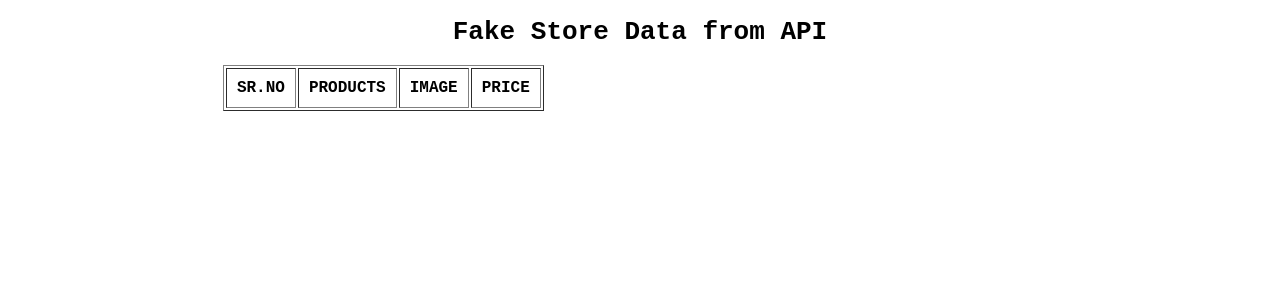
Repository: nisarg-patel612/Node_Integration_With_Frontend
Page: / (app in Frontend/FakeStore-API/)
The author's editor kept a copy of each file at every save. The page is drawn from the files as they stood at one save, then again after the next save.
The browser window is 1280 px wide. The pictures show the whole page.
The page's requests for data from a server got no answer. The project was rebuilt for these pictures with package versions that can differ from the ones it lists, and the page was loaded fresh each time. No one was signed in, and anything a server would have sent is missing. Also part of the build but not shown: Frontend/FakeStore-API/vite.config.js, Frontend/FakeStore-API/src/index.css.

Above is the page before, as saved 2025-04-30 11:14:28.

After the next save:
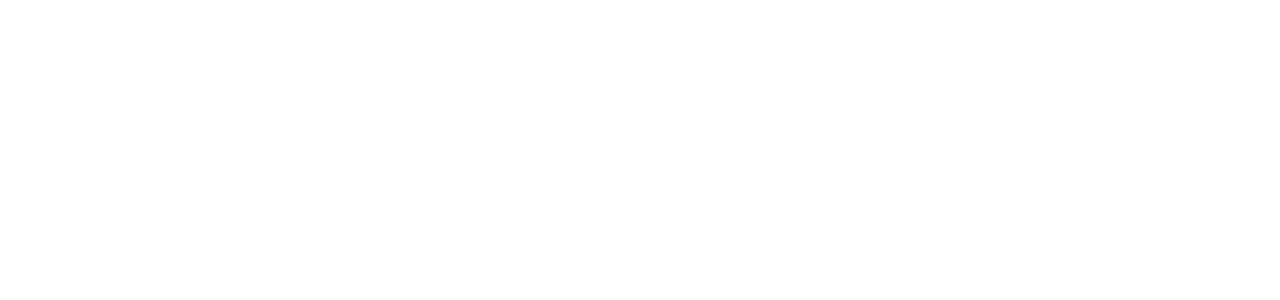
Console error: ReferenceError: currentItems is not defined
Saved 24 s later.
--- a/Frontend/FakeStore-API/src/Components/Fake_Store_API.jsx
+++ b/Frontend/FakeStore-API/src/Components/Fake_Store_API.jsx
@@ -12,9 +12,9 @@
             .catch(error => console.error('Error fetching data:', error));
     }, []);
 
-    const indexOfLastItem = currentPage * itemsPerPage;
-    const indexOfFirstItem = indexOfLastItem - itemsPerPage;
-    const currentItems = products.slice(indexOfFirstItem, indexOfLastItem);
+    // const indexOfLastItem = currentPage * itemsPerPage;
+    // const indexOfFirstItem = indexOfLastItem - itemsPerPage;
+    // const currentItems = products.slice(indexOfFirstItem, indexOfLastItem);
 
     return (
         <div className='fakestore-api-main'>

After the save that followed:
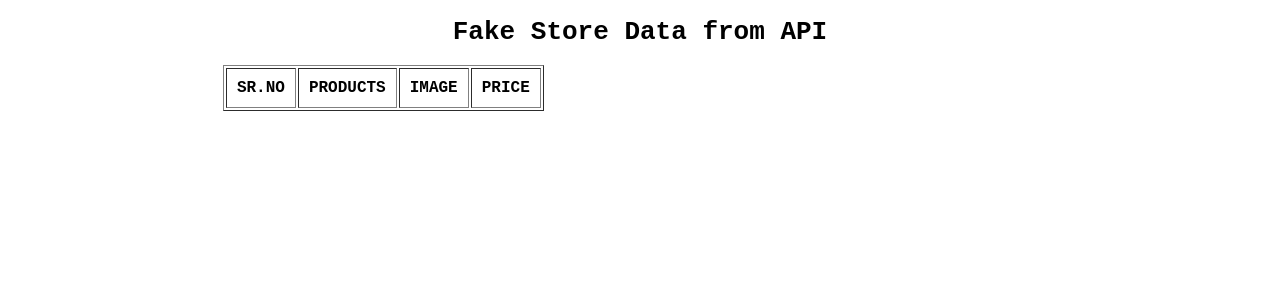
The error is gone.
Saved 10 s later.
--- a/Frontend/FakeStore-API/src/Components/Fake_Store_API.jsx
+++ b/Frontend/FakeStore-API/src/Components/Fake_Store_API.jsx
@@ -12,9 +12,9 @@
             .catch(error => console.error('Error fetching data:', error));
     }, []);
 
-    // const indexOfLastItem = currentPage * itemsPerPage;
-    // const indexOfFirstItem = indexOfLastItem - itemsPerPage;
-    // const currentItems = products.slice(indexOfFirstItem, indexOfLastItem);
+    const indexOfLastItem = currentPage * itemsPerPage;
+    const indexOfFirstItem = indexOfLastItem - itemsPerPage;
+    const currentItems = products.slice(indexOfFirstItem, indexOfLastItem);
 
     return (
         <div className='fakestore-api-main'>
